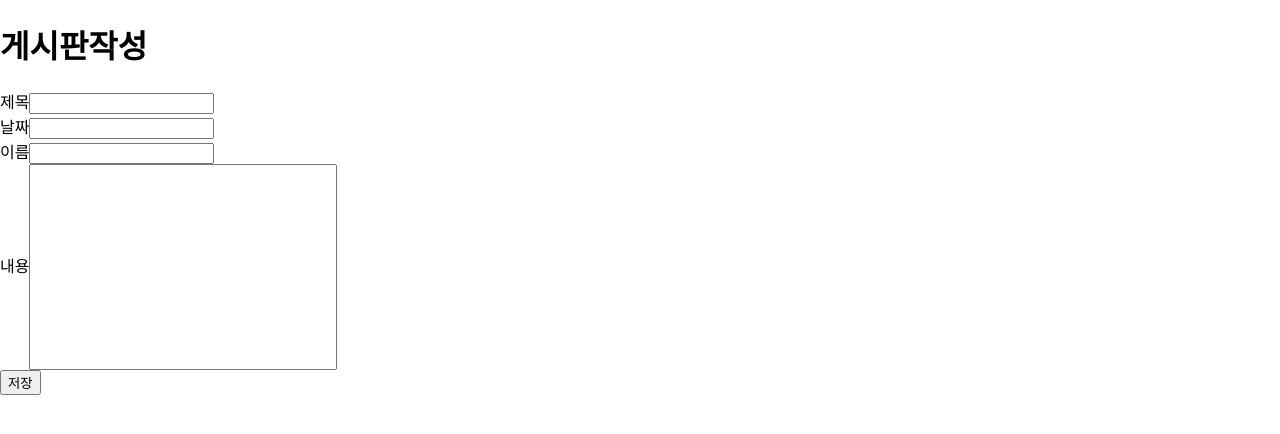
Repository: songgisung/study_web
Page: 20181126/test/board/WebContent/BoardWriter.html
The author's editor kept a copy of each file at every save. The page is drawn from the files as they stood at one save, then again after the next save.
The browser window is 1280 px wide. The pictures show the whole page.

Above is the page before, as saved 2018-11-26 06:53:03.
Console error: TypeError: Cannot read properties of undefined (reading '1')

### 20181126/test/board/WebContent/BoardWriter.html
<!DOCTYPE html>
<html>
<head>
<meta charset="UTF-8">
<link rel="stylesheet" href="css/BoardWriter.css">
<title>게시판 작성</title>
</head>
<body>
	<h1>게시판작성</h1>
	<div class="container">
		<script>
			function date(){
				var date = new Date();
				var year = date.getFullYear();
				var mm = date.getMonth() + 1;
				var dd =  date.getDate();
				if(dd < 10){
					dd = '0'+ dd;
				}
				if(mm < 10){
					mm = '0' + mm;
				}

				date = year +'年' + mm + '月' + dd + '日';
				document.forms[0][1].value = date;
			}
			date();
		</script>
		<form action="index.html" method="post" onsubmit="return formCheck();">
			<tr>제목</tr><input type="text" name="제목" /><br/>
			<tr>날짜</tr><input type="text" name="날짜" /><br/>
			<tr>이름</tr><input type="text" name="작성" /><br/>
			<tr>내용</tr><input class="content" type="text" name="내용" /><br/>
			<input type="submit" value="저장">
		</form>
		<script>
			//alert(document.forms[0].title.name);경고창 띄우는 함수
			function formCheck(){
				/* var title = document.forms[0].title.value;
				var redate =  document.forms[0].redate.value;
				var writer= document.forms[0].writer.value;
				var content = document.forms[0].content.value;
				if(title == null || title == ""){
					alert("제목을 넣어주세요.");
				}
				if(redate == null || redate == ""){
					alert("날을 넣어주세요.");
				}
				if(writer == null || writer == ""){
					alert("작성을 넣어주세요.");
				}
				if(content == null || content == ""){
					alert("내을 넣어주세요.");
				} */
				var length = document.forms[0].length -1;
				for(var i = 0; i < length; i++){
					if(document.forms[0][i].value == null || document.forms[0][i].value == ""){
						alert(document.forms[0][i].name + "을 넣어주세요");
						return false;
					}
				}






			}


		</script>
	</div>
</body>
</html>

### 20181126/test/board/WebContent/css/BoardWriter.css
@charset "UTF-8";

body{
	padding:center;
	margin:0px;
}
.container form tr{
	font-color:red;
	console.log("aaa");
}

.test{
	font-size: 50px;
	console.log("aaa");
}
.content{
	width:300px;
	height:200px
}

After the next save:
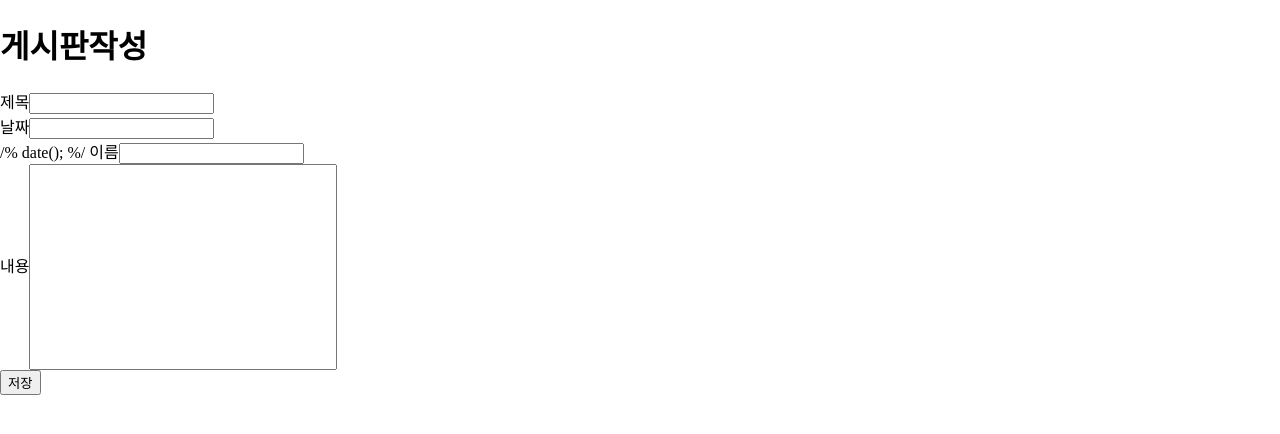
The error is gone.
Saved 15 min 4 s later.
--- a/20181126/test/board/WebContent/BoardWriter.html
+++ b/20181126/test/board/WebContent/BoardWriter.html
@@ -8,27 +8,12 @@
 <body>
 	<h1>게시판작성</h1>
 	<div class="container">
-		<script>
-			function date(){
-				var date = new Date();
-				var year = date.getFullYear();
-				var mm = date.getMonth() + 1;
-				var dd =  date.getDate();
-				if(dd < 10){
-					dd = '0'+ dd;
-				}
-				if(mm < 10){
-					mm = '0' + mm;
-				}
-
-				date = year +'年' + mm + '月' + dd + '日';
-				document.forms[0][1].value = date;
-			}
-			date();
-		</script>
 		<form action="index.html" method="post" onsubmit="return formCheck();">
 			<tr>제목</tr><input type="text" name="제목" /><br/>
 			<tr>날짜</tr><input type="text" name="날짜" /><br/>
+			/%
+				date();
+			%/
 			<tr>이름</tr><input type="text" name="작성" /><br/>
 			<tr>내용</tr><input class="content" type="text" name="내용" /><br/>
 			<input type="submit" value="저장">
@@ -60,10 +45,20 @@
 					}
 				}
 
-
-
-
-
+				function date(){
+					var date = new Date();
+					var year = date.getFullYear();
+					var mm = date.getMonth() + 1;
+					var dd =  date.getDate();
+					if(dd < 10){
+						dd = '0'+ dd;
+					}
+					if(mm < 10){
+						mm = '0' + mm;
+					}
+					date = year +'年' + mm + '月' + dd + '日';
+					document.forms[0][1].write(date);
+				}
 
 			}
 
